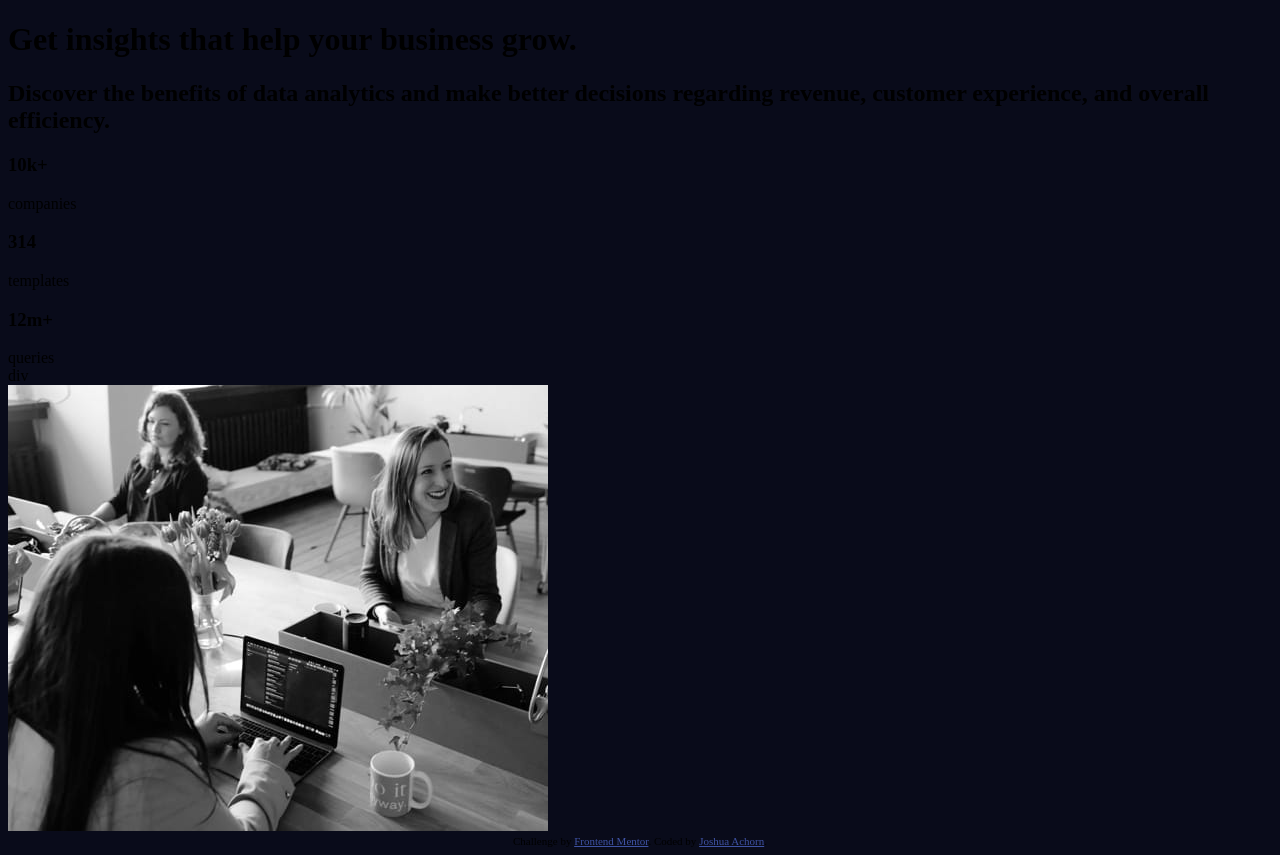
Repository: Achorn/stats-preview-card
Page: index.html
An editor plug-in stored every save of this project. The page is shown before and after a run of saves, followed by the edit.
The browser window is 1280 px wide. The pictures show the whole page.

Above is the page before, as saved 2021-06-16 15:38:21.

After the next 2 saves:
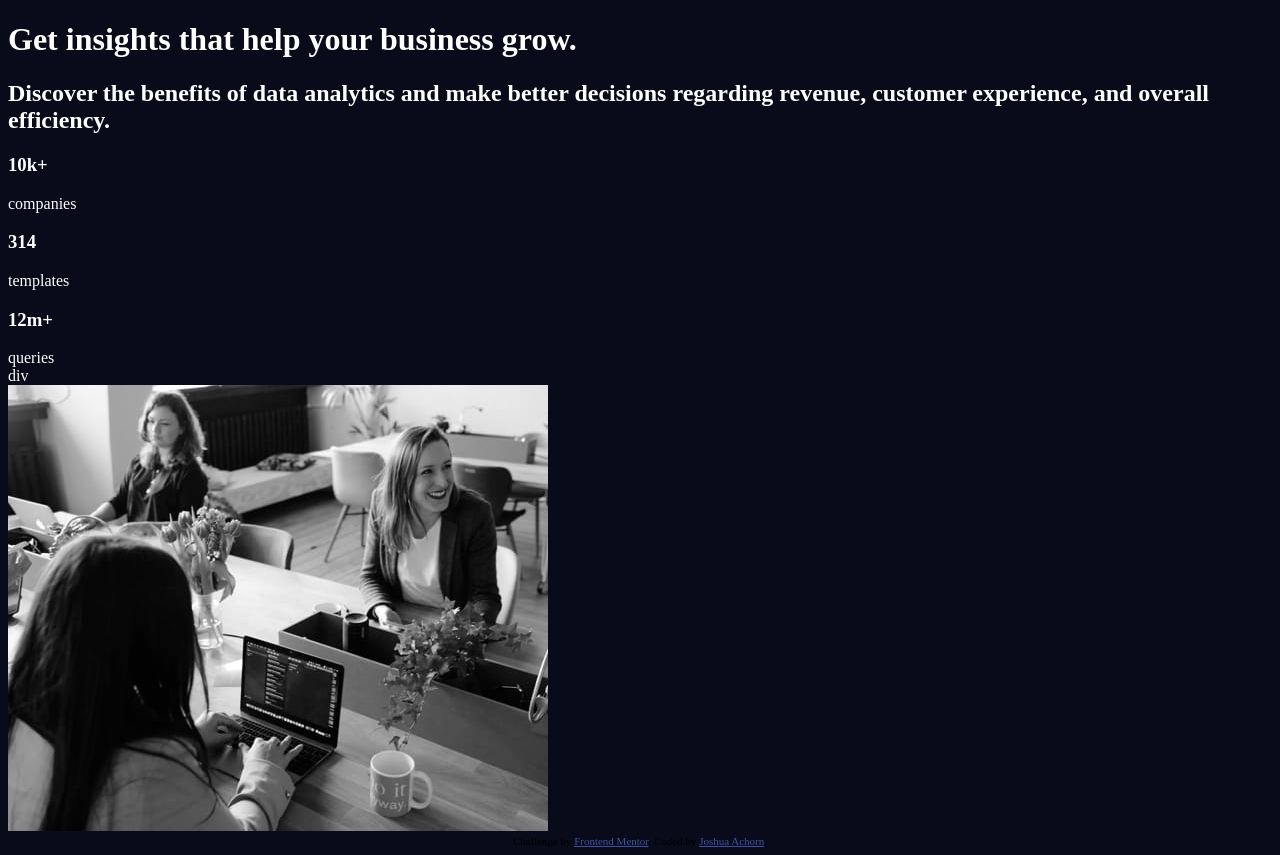
The 2 saves are shown as one change because they came seconds apart.
The last was saved 39 s later.
--- a/styles.css
+++ b/styles.css
@@ -1,3 +1,7 @@
 body {
   background-color: hsl(233, 47%, 7%);
 }
+
+#card-container {
+  color: white;
+}
